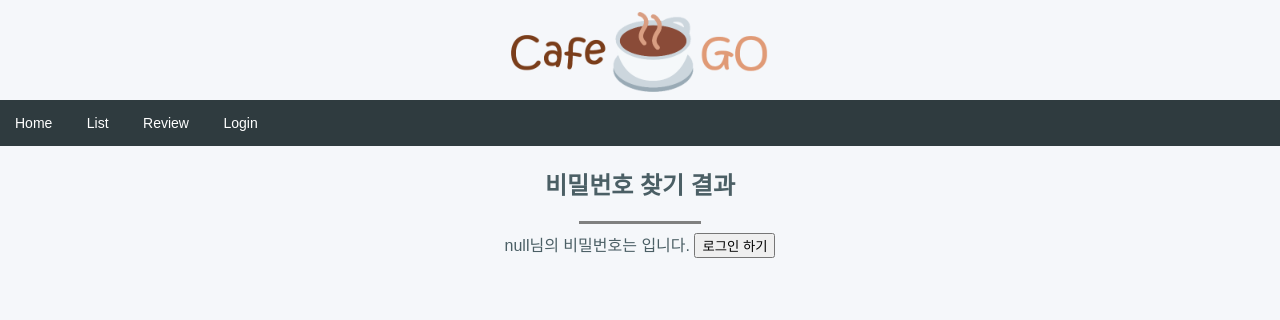
Repository: JuYeong0413/Web-Programming
Page: http://localhost/CafeGo/findPwd.jsp
The author's editor kept a copy of each file at every save. The page is drawn from the files as they stood at one save, then again after the next save.
The browser window is 1280 px wide. The pictures show the whole page.
The page is served by Tomcat 9. Other server files are loaded and not shown. Queries for data that is not in the repository find no rows.

Above is the page before, as saved 2018-12-22 12:35:10.

### Project/CafeGo/WebContent/findPwd.jsp
<%@ page language="java" contentType="text/html; charset=utf-8"
    pageEncoding="utf-8"%>
<%@ page import="java.sql.*" %>
<%@ page import="java.text.*" %>
<%@ include file="nav.jsp" %>
<% request.setCharacterEncoding("utf-8"); %>
<!DOCTYPE html>
<html>
<head>
<meta charset="utf-8">
<title>Insert title here</title>
<link rel="stylesheet" href="reponsiveNavigation.css" />
</head>
<body>
<%
  String id = "", email = "", password = "";
  Connection conn = null;
  Statement stmt = null;
  ResultSet rs = null;

  id = request.getParameter("id");
  email = request.getParameter("email");

  try {
	  Class.forName("com.mysql.jdbc.Driver");
	  String jdbcurl = "jdbc:mysql://localhost:3306/cafeGO";
	  conn = DriverManager.getConnection(jdbcurl, "project", "cafego");
	  stmt = conn.createStatement();
	  String sql = "select password from user_tbl where id = '" + id + "' and email = '" + email + "'";
	  rs = stmt.executeQuery(sql);
  }
  catch(Exception e) {
	  out.println("DB 연동 오류. : " + e.getMessage());
  }

  while(rs.next()) {
	  password = rs.getString("password");
  }
%>
<center>
  <h2>비밀번호 찾기 결과</h2>
  <hr noshade width="120" size="3">
  <%= id %>님의 비밀번호는 <span style="color: blue"><b><%= password %></b></span> 입니다.
  <input type="button" value="로그인 하기" onclick="location.href='login.jsp'">
</center>
</body>
</html>

### Project/CafeGo/WebContent/nav.jsp
<%@ page language="java" contentType="text/html; charset=utf-8" pageEncoding="utf-8"%>
<!DOCTYPE html>
<html lang="ko">
<head>
<meta charset="utf-8">
<title>Insert title here</title>
<link rel="stylesheet" href="reponsiveNavigation.css" />
</head>
<body>
<div>
<center>
<a href="main.jsp"><img src = "image/logo.png" width="264px" height="88px" align="center"></a>
</center>
</div>
<div class="nav_wrapper">
  <nav class="menu">
    <ul>
      <li><a href="main.jsp">Home</a>
        <ul>
          <li><a href="main.jsp">홈페이지 소개</a></li>
          <li><a href="main.jsp">오늘의 카페 추천</a></li>
          </li>
        </ul>
      </li>
      <li><a href="#Link">List</a>
        <ul>
          <li><a href="#Link">카페 목록</a></li>
          <li><a href="#Link">카페 분류 »</a>
          <ul>
              <li><a href="#Link">별점</a></li>
              <li><a href="#link">지역</a></li>
              <li><a href="#Link">테마</a></li>
            </ul>
          </li>
        </ul>
      </li>
      <li><a href="review.jsp">Review</a>
        <ul>
          <li><a href="review.jsp">방문 후기 목록</a></li>
          <li><a href="#Link">방문 후기 작성</a></li>
          <li><a href="#Link">방문 후기 수정</a></li>
          <li><a href="#Link">방문 후기 삭제</a></li>
          </ul>
      </li>
  		<%
  		String log = (String)session.getAttribute("login");

  		if(log!=null&&log.equals("yes")){
  		// 로그인 상태인 경우 보여지는 메뉴
      %>
      <li><a href="myPage.jsp">MyPage</a>
        <ul>
          <li><a href="myPage.jsp">MyPage</a></li>
          <li><a href="logout.jsp">로그아웃</a></li>
        </ul>
      </li>
      <% }
  		else if((String)session.getAttribute("id")==null){
    	  // 로그아웃 상태인 경우 보여지는 메뉴
    	  %>
    	  <li><a href="#Link">Login</a>
        <ul>
          <li><a href="login.jsp">로그인</a></li>
          <li><a href="find.jsp">아이디/비밀번호 찾기</a></li>
          <li><a href="signup.jsp">회원가입</a></li>
        </ul>
      </li>
    	  <%} %>
     </ul>
  </nav>
</body>
</html>

### Project/CafeGo/WebContent/reponsiveNavigation.css
html {
  font-family: sans-serif;
  color: #4b5f65;
  background: #f5f7fa;
}

body { overflow-x:hidden}

nav { width: 100%; }

.nav_wrapper {
  position: fixed;
  left: 0;
  top: 100px;
  width: 100%;
  <!--menu background => default : black-->
  background: #2f3b3f;
}

.menu {
  width: 100%;
  height: auto;
  background: #2f3b3f;
}

.menu ul {
  padding: 0px;
  margin: 0px;
  list-style: none;
  position: relative;
  display: inline-block;
}

.menu > li > ul.sub_menu {
  min-width: 10em;
  padding: 4px 0;
  background-color: #f4f4f4;
  border: 1px solid #fff;
}

.menu ul li { padding: 0px; }

.menu > ul > li { display: inline-block; }

.menu ul li a {
  display: block;
  text-decoration: none;
  color: #fff;
  font-size: 14px;
}

.menu ul li a:hover {
  background: #efa666;
  color: #fff;
  transition: all .5s ease-out;
}

.menu ul li.hover > a {
  background: #efa666;
  color: #fff;
}

.menu ul li > a { padding: 15px; }

.menu ul ul {
  display: none;
  position: absolute;
  top: 100%;
  min-width: 160px;
  background: #39484d;
}

.menu ul li:hover > ul { display: block;}

.menu ul ul > li { position: relative; }

.menu ul ul > li a {
  padding: 10px 15px;
  height: auto;
  background: #39484d;
}

.menu ul ul > li a:hover {
  background: #efa666;
  color: #fff;
}

.menu ul ul ul {
  position: absolute;
  left: 100%;
  top: 0;
}
.slide {
	width:100%;
}

After the next save:
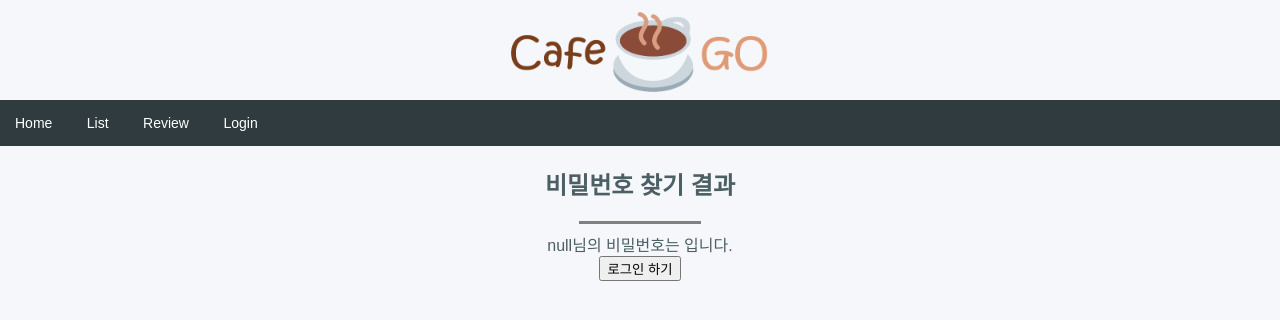
Saved 26 s later.
--- a/Project/CafeGo/WebContent/findPwd.jsp
+++ b/Project/CafeGo/WebContent/findPwd.jsp
@@ -40,7 +40,7 @@
 <center>
   <h2>비밀번호 찾기 결과</h2>
   <hr noshade width="120" size="3">
-  <%= id %>님의 비밀번호는 <span style="color: blue"><b><%= password %></b></span> 입니다.
+  <%= id %>님의 비밀번호는 <span style="color: blue"><b><%= password %></b></span> 입니다.<br>
   <input type="button" value="로그인 하기" onclick="location.href='login.jsp'">
 </center>
 </body>
